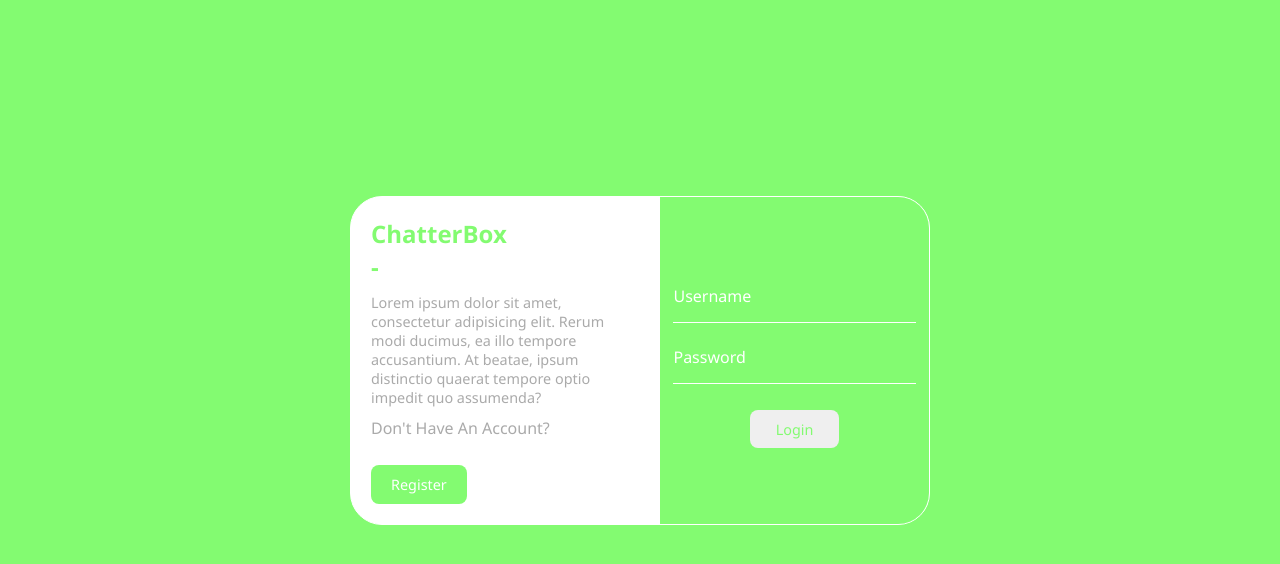
Repository: Habeebur1493/social-media-app
Page: /login
These files come from the project's save history. The page is drawn as it stood at one moment and after the next save; the edit follows.
The browser window is 1280 px wide. The pictures show the whole page.
The project was rebuilt for these pictures with package versions that can differ from the ones it lists, and the page was loaded fresh each time. Also part of the build but not shown: vite.config.js, src/pages/signup/signup.css, src/pages/signup/Signup.jsx.

Above is the page before, as saved 2025-01-28 01:58:47.

### src/App.jsx
import './App.css'
import Layout from './Layout/layout'

function App() {

  return (
    <>
      <Layout />

    </>
  )
}

export default App

### src/App.css
*{
  margin: 0;
  padding: 0;
  box-sizing: border-box;
  text-align: none;
  list-style: none;
  font-family: 'Segoe UI', Tahoma, Geneva, Verdana, sans-serif;
}

:root{
  --color-primary:#83fb71;
  --text-color: black;
  --color-bg:rgb(236, 236, 236);
  --color-card: white;
  --color-soft:#aaaaaa;
  --color-border:lightgray;
  --color-red:red;
}

.container{
  max-width: 991px;
  width: 100%;
  margin: 0 auto;
}
h1,h2,h3,h4,h5{
  font-weight: 600;
  color: var(--text-color);
}
img{
  width: 100%;
  display: block;
  object-fit: cover;
}
.user{
  display: flex;
  align-items: center;
  gap: 10px;
}
.user img{
  width: 33px;
  aspect-ratio: 1/1;
  border-radius: 50%;
}
.user h4{
  color: var(--color-primary)
}
body{
  background: var(--color-bg);
  color: var(--color-soft);
}
small,p{
  color: var(--color-soft);
}
.btn{
  padding: .6rem 1.6rem;
  display: inline-block;
  width: fit-content;
  cursor: pointer;
  border-radius: .5rem;
  font-size: .9rem;
  font-weight: 500;
  transition: .3s ease;
  border: none;
}
.btn:hover{
  opacity: .7;
}
.btn-primary{
  background: var(--color-primary);
  color: white;
}

.btn-red{
  background: var(--color-red);
  color: white;
}

### src/Layout/layout.jsx
import React from 'react'

import { createBrowserRouter, RouterProvider } from 'react-router-dom'

//Pages.....
import Login from '../pages/login/Login'
import Signup from '../pages/signup/Signup'

export default function layout() {
    const router = createBrowserRouter([
        {
            path : '/login',
            element : <Login/>
        },
        {
            path : '/signup',
            element : <Signup/>
        },
    ])


    return (
        <>
            <RouterProvider router={router} />
        </>
    )
}

### src/pages/login/Login.jsx
import React from 'react'

import './login.css'
import { Link } from 'react-router-dom'

export default function Login() {
  return (
    <div className="login">
        <div className='card'>
        <div className="left">
            <h2>ChatterBox <br /> -</h2>
            <p>Lorem ipsum dolor sit amet, consectetur adipisicing elit. Rerum modi ducimus, ea illo tempore accusantium. At beatae, ipsum distinctio quaerat tempore optio impedit quo assumenda?</p>
            <span>Don't Have An Account?</span>
            <Link to='/signup'>
                <button className='btn btn-primary'>Register</button>
            </Link>

        </div>
        <form className="right">
            <input type="text" required placeholder='username'/>
            <input type="password" required placeholder='password'/>
            <button type='submit' className='btn'>Login</button>
        </form>
    </div>
    </div>


  )
}

### src/pages/login/login.css
.login{
    background: var(--color-primary);
    height: 100vh;
    width: 100%;
    display: flex;
    align-items: center;
    justify-content: center;
}

.login .card{
    display: flex;
    width: 580px;
    background: white;
    border: 1px solid white;
    border-radius: 2rem;
    overflow: hidden;
}

.login .card .left{
    flex: 1;
    display: flex;
    flex-direction: column;
    gap: 10px;
    padding: 20px;
}

.login h2{
    color: var(--color-primary);
}

.login .card .left p{
    font-size: .9rem;
}
.login .card .left button{
    padding: 10px 20px;
    border: none;
    background: var(--color-primary);
    color: white;
    cursor: pointer;
}
.login .card span{
    color: var (--color-primary);
}

.login .card .right{
    flex: 1;
    background: var(--color-primary);
    display: flex;
    align-items: center;
    justify-content: center;
    flex-direction: column;
    gap: 10px;
}

.login form input{
    padding: 1rem 0;
    width: 90%;
    background: transparent;
    border: transparent;
    outline: none;
    border-bottom: 1px solid white ;
    margin: 0 auto;
    color: white;
}

.login form input::placeholder{
    color: white;
    font-size: 1rem;
    text-transform: capitalize;
}
.login .btn{
 color: var(--color-primary);
 margin-top: 1rem;
}

Loaded but not shown: index.html (common file); src/main.jsx (common file)

After the next save:
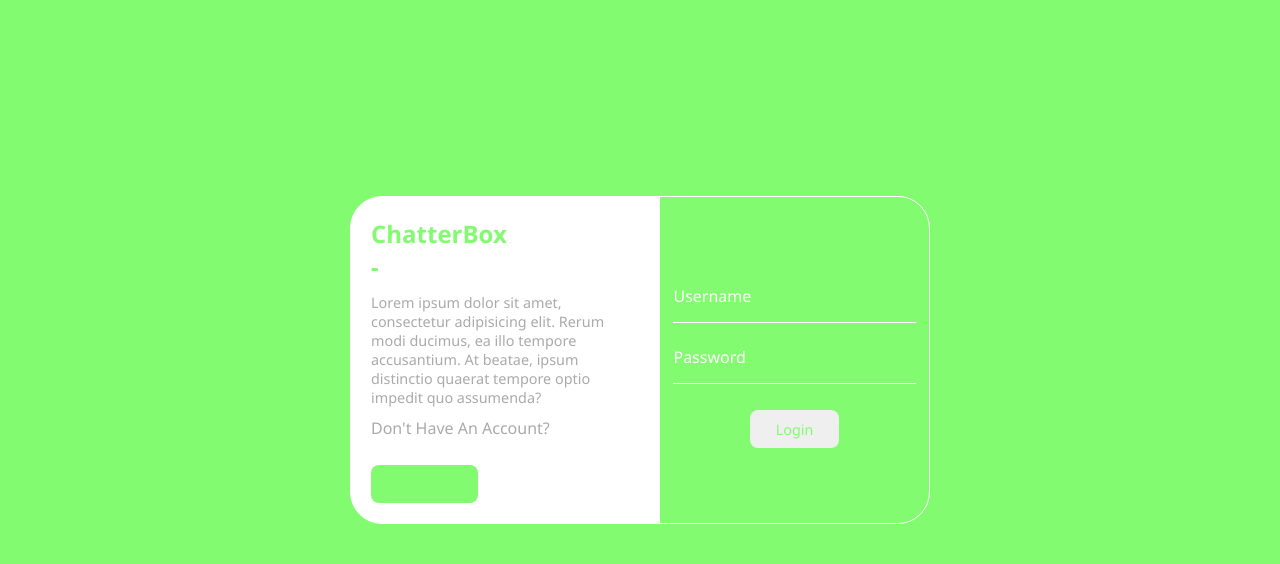
Saved 38 s later.
--- a/src/pages/login/login.css
+++ b/src/pages/login/login.css
@@ -31,13 +31,7 @@
 .login .card .left p{
     font-size: .9rem;
 }
-.login .card .left button{
-    padding: 10px 20px;
-    border: none;
-    background: var(--color-primary);
-    color: white;
-    cursor: pointer;
-}
+
 .login .card span{
     color: var (--color-primary);
 }
